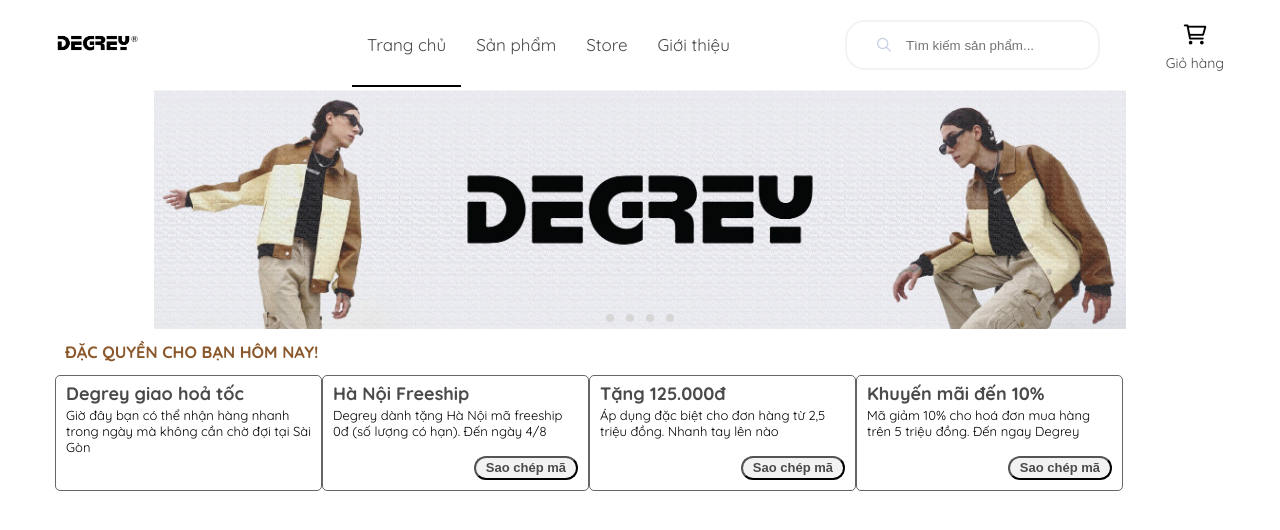
Repository: hieu-dev-1/degrey1
Page: index.html
These files come from the project's save history. The page is drawn as it stood at one moment and after the next save; the edit follows.
The browser window is 1280 px wide. The pictures show the whole page.

Above is the page before, as saved 2022-08-13 10:05:47.

### index.html
<!DOCTYPE html>
<html lang="en">
<head>
    <meta charset="UTF-8">
    <meta name="viewport" content="width=device-width, initial-scale=1.0">
    <link rel="stylesheet" href="./assets/css/base.css">
    <link rel="stylesheet" href="./assets/css/main.css">
    <link rel="stylesheet" href="./assets/font/css/all.css">
    <link rel="shortcut icon" href="https://file.hstatic.net/1000281824/file/logo1200_30471c131a2948efaf7c9e9466511f73.png">
    <title>DEGREY</title>
</head>
<body>
    <div class="wrapper">
        <!-- HEADER -->
        <div class="header">
            <!-- Logo -->
            <div class="header__container">
                <div class="header__container-logo">
                    <a href="">
                        <img class="header__container-logo--img" src="./assets/img/header__logo.png" alt="" >
                    </a>
                </div>
                <div class="header__container-nav">
                    <ul class="header__navbar-list">
                        <li class="header__navbar-item"><a class="header__navbar-link header__navbar-link--active" href="">Trang chủ</a></li>
                        <li class="header__navbar-item"><a class="header__navbar-link" href="">Sản phẩm</a></li>
                        <li class="header__navbar-item"><a class="header__navbar-link" href="">Store</a></li>
                        <li class="header__navbar-item"><a class="header__navbar-link" href="">Giới thiệu</a></li>
                    </ul>
                </div>
                <div class="header__navbar-search">
                    <button class="header__navbar-input-btn">
                        <i class="fa-regular fa-magnifying-glass"></i>
                    </button>
                    <input class="header__navbar-input" type="text" placeholder="Tìm kiếm sản phẩm...">
                </div>
                <div class="header__navbar-cart">
                    <i class="header__navbar-cart-icon fa-regular fa-cart-shopping"></i>
                    <span class="header__navbar-cart-desc">Giỏ hàng</span>
                </div>
            </div>
        </div>
        <!-- SLIDER -->
        <div class="slider">
            <div class="slider__imgs">
                <input type="radio" name="inputslider" id="img1">
                <input type="radio" name="inputslider" id="img2">
                <input type="radio" name="inputslider" id="img3">
                <input type="radio" name="inputslider" id="img4">

                <img class="imgslider1" src="./assets/img/img__introduce1.jpg" alt="">
                <img class="imgslider2" src="./assets/img/img__introduce2.jpg" alt="">
                <img class="imgslider3" src="./assets/img/img__introduce3.jpg" alt="">
                <img class="imgslider4" src="./assets/img/img__introduce4.jpg" alt="">
            </div>
            <div for="" class="labelslider">
                <label for="img1"></label>
                <label for="img2"></label>
                <label for="img3"></label>
                <label for="img4"></label>
            </div>
        </div>
        <!-- VOURCHER -->
        <div class="web__container-vourcher">
            <div class="web__container-voucher-heading">
                <h2>
                    ĐẶC QUYỀN CHO BẠN HÔM NAY!
                </h2>
            </div>
            <div class="grid wide">
                <div class="web__container-vourcher-list row">
                    <div class="web__container-vourcher-item col l-3 m-6 c-12">
                        <div class="web__container-vourcher-inner">
                            <div class="web__container-vourcher-item-heading">
                                Degrey giao hoả tốc
                            </div>
                            <div class="web__container-vourcher-item-desc">
                                Giờ đây bạn có thể nhận hàng nhanh trong ngày mà không cần chờ đợi tại Sài Gòn
                            </div>
                        </div>
                    </div>

                    <div class="web__container-vourcher-item col l-3 m-6 c-12">
                        <div class="web__container-vourcher-inner">
                            <div class="web__container-vourcher-item-heading">
                                Hà Nội Freeship
                            </div>
                            <div class="web__container-vourcher-item-desc">
                                Degrey dành tặng Hà Nội mã freeship 0đ (số lượng có hạn). Đến ngày 4/8
                            </div>
                            <div class="web__container-vourcher-item-copy">
                                <button class="web__container-copy-btn">
                                    Sao chép mã
                                </button>
                            </div>
                        </div>
                    </div>

                    <div class="web__container-vourcher-item col l-3 m-6 c-12">
                        <div class="web__container-vourcher-inner">
                            <div class="web__container-vourcher-item-heading">
                                Tặng 125.000đ
                            </div>
                            <div class="web__container-vourcher-item-desc">
                                Áp dụng đặc biệt cho đơn hàng từ 2,5 triệu đồng. Nhanh tay lên nào
                            </div>
                            <div class="web__container-vourcher-item-copy">
                                <button class="web__container-copy-btn">
                                    Sao chép mã
                                </button>
                            </div>
                        </div>
                    </div>

                    <div class="web__container-vourcher-item col l-3 m-6 c-12">
                        <div class="web__container-vourcher-inner">
                            <div class="web__container-vourcher-item-heading">
                                Khuyến mãi đến 10%
                            </div>
                            <div class="web__container-vourcher-item-desc">
                                Mã giảm 10% cho hoá đơn mua hàng trên 5 triệu đồng. Đến ngay Degrey
                            </div>
                            <div class="web__container-vourcher-item-copy">
                                <button class="web__container-copy-btn">
                                    Sao chép mã
                                </button>
                            </div>
                        </div>
                    </div>
                </div>
            </div>
        </div>
        <!-- CONTENT -->
        <div class="content">

        </div>
        <!-- FOOTER -->
        <div class="footer">

        </div>
    </div>
</body>
</html>

### assets/css/base.css
@import url('https://fonts.googleapis.com/css2?family=Quicksand:wght@300;400;500;600;700&display=swap');

* {
    padding: 0;
    margin: 0;
    box-sizing: border-box;
}

html {
    /* HACK */
    font-size: 62.5%;
    line-height: 1.6rem;
    font-family: 'Quicksand', sans-serif;
    box-sizing: border-box;
}

:root {
    --white-color : #fff;
    --black-color : #000;
    --text-color : #4a4a4a;
    --border-color : #dbdbdb;
}

### assets/css/main.css
/* header */
.header {
    background-color: #ffffff;
    font-size: 1.4rem;
    line-height: 20px;
    display: flex;
    justify-content: center;
}

.header__container {
    width: 1170px;
    height: 90px;
    font-size: 1.4rem;
    line-height: 20px;
    margin: 0 -15px;
    display: flex;
    justify-content: space-between;
}
/* logo */
.header__container-logo {
    padding: 0 15px;
    margin-left: -15px;
}

.header__container-logo--img {
    width: 85px;
    height: 70px;
    margin-top: 8px;
}
/* Navbar */
.header__container-nav {
    font-size: 1.4rem;
    align-items: center;
    display: flex;
    justify-content: center;
    line-height: 20px;
    padding: 0 15px;
    margin-right: -10%;
}

.header__navbar-list {
    display: flex;
    align-items: center;
    justify-content: center;
}

.header__navbar-item {
    list-style: none;
    display: inline-block;
}

.header__navbar-link {
    color: var(--text-color);
    font-size: 1.7rem;
    text-decoration: none;
    padding: 30px 15px;
}

.header__navbar-link--active {
    border-bottom: 2px solid #000;
}
/* Search */
.header__navbar-search {
    border: 2px solid #f3f3f3;
    border-radius: 20px;
    margin: 20px;
    padding: 0 15px;
    display: flex;
    margin-right: -10%;
}

.header__navbar-input-btn {
    font-size: 1.4rem;
    line-height: 20px;
    text-align: center;
    border-radius: 0 4px 4px 0;
    border: none;
    color: #c8d1e2;
    background-color: #fff;
    padding: 0 15px;
}

.header__navbar-input {
    border: none;
    outline: none;
    color: var(--text-color);
}
/* Cart */
.header__navbar-cart {
    width: 60px;
    height: 90px;
    display: flex;
    flex-wrap: wrap;
    cursor: pointer;
    justify-content: center;
}

.header__navbar-cart-icon {
    font-size: 2rem;
    margin-top: 25px;
}

.header__navbar-cart-desc {
    font-size: 1.4rem;
    margin-top: -10px;
    color: var(--text-color);
    font-weight: 400;
}

/* Slider */
.slider {
    width: 76%;
    margin: 0 auto;
    overflow: hidden;
}

.slider__imgs {
    display: flex;
}

.slider__imgs img {
    width: 100%;
}

.slider__imgs input {
    display: none;
}

.labelslider {
    display: flex;
    justify-content: center;
}

.labelslider label {
    width: 8px;
    height: 8px;
    border-radius: 50%;
    margin: 6px;
    margin-top: -15px;
    background-color: #d6d6d6;
}

.labelslider label:hover {
    background-color: #4a4a4a;
}

#img1:checked ~ .imgslider1 {
    margin-left: -100%;
}

#img2:checked ~ .imgslider2 {
    margin-left: -200%;
}

#img3:checked ~ .imgslider3 {
    margin-left: -300%;
}

#img4:checked ~ .imgslider4 {
    margin-left: -400%;
}

/* vourcher */
.web__container-vourcher {
    width: 1170px;
    height: 163px;
    display: block;
    margin: 0 auto;
}

.web__container-voucher-heading {
    color: #8b582b;
    font-size: 1.1rem;
    margin: 15px 0;
    margin-left: 10px;
}

.web__container-vourcher-list {
    display: flex;
}

.web__container-vourcher-inner {
    position: relative;
    padding: 10px;
    border: 1px solid #666;
    border-radius: 5px;
    justify-content: space-between;
    /* margin: 0 10px; */
    width: 267px;
    height: 116px;
}

.web__container-vourcher-item-heading {
    color: var(--text-color);
    font-size: 1.8rem;
    font-weight: 700;
}

.web__container-vourcher-item-desc {
    margin-top: 5px;
    color: #000;
    font-size: 1.3rem;
}

.web__container-vourcher-item-copy {
    position: absolute;
    bottom: 0;
    right: 0;
    margin: 0 10px 10px 0;
}

.web__container-copy-btn {
    background: rgba(0, 0, 0, 0.05);
    color: #4a4a4a;
    border: 1px solid 0, 0.08;
    font-size: 1.3rem;
    font-weight: 600;
    margin-top: 5px;
    padding: 2px 10px 3px;
    border-radius: 15px;
    min-width: 100px;
    outline: none;
}

Loaded but not shown: assets/font/css/all.css (library)

After the next save:
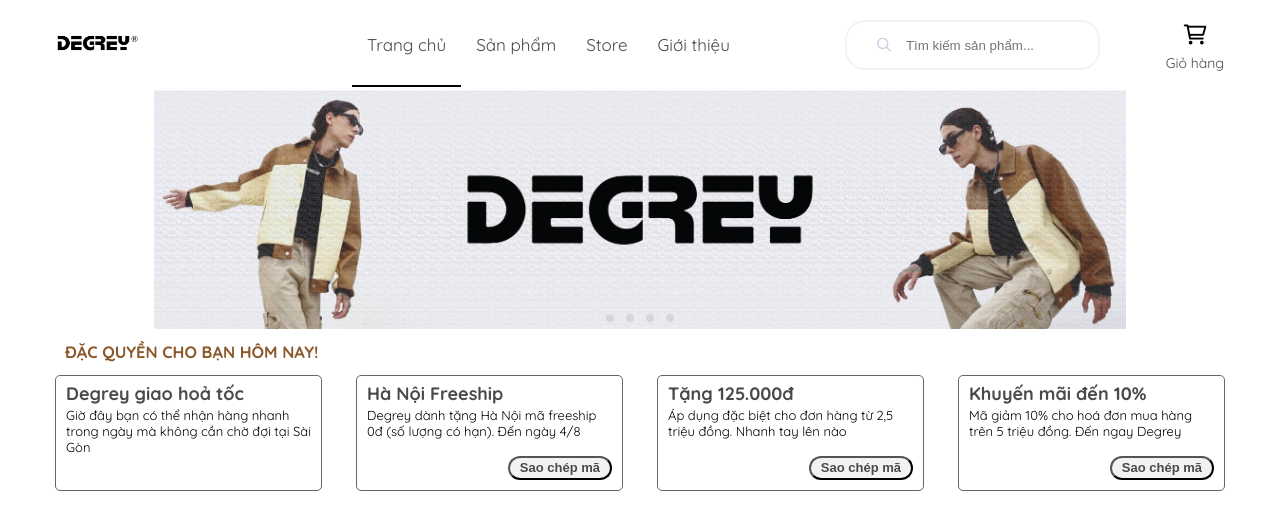
Saved 10 s later.
--- a/assets/css/main.css
+++ b/assets/css/main.css
@@ -177,6 +177,7 @@
 
 .web__container-vourcher-list {
     display: flex;
+    justify-content: space-between;
 }
 
 .web__container-vourcher-inner {
@@ -184,7 +185,6 @@
     padding: 10px;
     border: 1px solid #666;
     border-radius: 5px;
-    justify-content: space-between;
     /* margin: 0 10px; */
     width: 267px;
     height: 116px;
